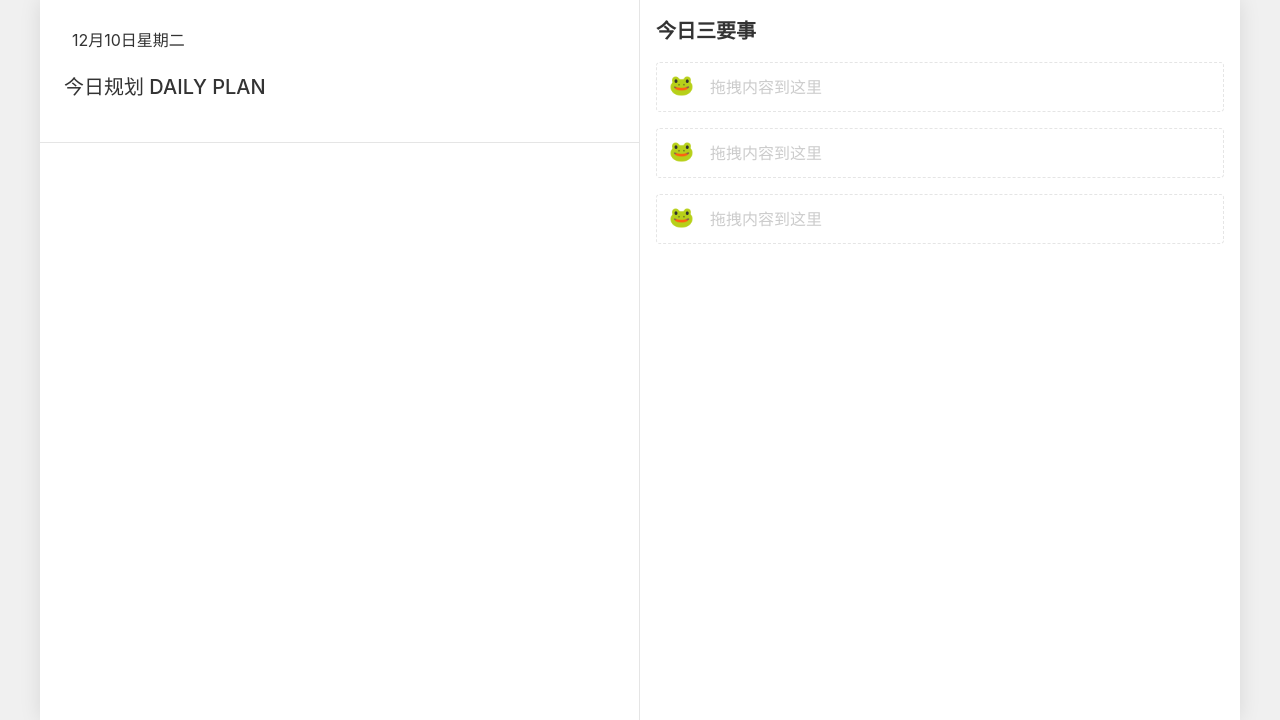
Repository: a6288a/Daily-Planner
Page: index.html
An editor plug-in stored every save of this project. The page is shown before and after the next save, followed by the edit.
The browser window is 1280 px wide. The pictures show the whole page.

Above is the page before, as saved 2024-12-10 16:14:04.
Console error: ReferenceError: handleDragEnd is not defined

### index.html
<!DOCTYPE html>
<html lang="zh">
<head>
    <meta charset="UTF-8">
    <meta name="viewport" content="width=device-width, initial-scale=1.0">
    <title>每日规划笔记本</title>
    <link rel="stylesheet" href="styles.css">
</head>
<body>
    <div class="container">
        <!-- 左侧时间轴区域 -->
        <div class="timeline-area">
            <!-- 顶部日期区域 -->
            <div class="date-header">
                <div class="current-date" id="current-date">
                    <!-- 日期将通过 JS 动态生成 -->
                </div>
                <h1 class="page-title">今日规划 DAILY PLAN</h1>
            </div>
            <div class="timeline-container" id="timeline-container">
                <!-- 时间轴将通过 JS 动态生成 -->
            </div>
        </div>

        <!-- 右侧区域 -->
        <div class="right-area">
            <!-- 三只青蛙区域 -->
            <div class="frogs-area">
                <h2 class="frogs-title">今日三要事</h2>
                <div class="frog-tasks">
                    <div class="frog-task" data-index="0">
                        <span class="frog-emoji">🐸</span>
                        <div class="task-content" data-placeholder="拖拽内容到这里"></div>
                    </div>
                    <div class="frog-task" data-index="1">
                        <span class="frog-emoji">🐸</span>
                        <div class="task-content" data-placeholder="拖拽内容到这里"></div>
                    </div>
                    <div class="frog-task" data-index="2">
                        <span class="frog-emoji">🐸</span>
                        <div class="task-content" data-placeholder="拖拽内容到这里"></div>
                    </div>
                </div>
            </div>

            <!-- 自由记录区域 -->
            <div class="free-area" id="free-area">
                <!-- 便签将通过 JS 动态生成 -->
            </div>
        </div>
    </div>
    <script src="script.js"></script>
</body>
</html>

### styles.css
:root {
    /* 纸张风格颜色变量 */
    --paper-color: #ffffff;
    --ink-color: #333333;
    --dot-color: #cccccc;
    --line-color: #e5e5e5;
    --accent-color: #4a90e2;

    /* 间距变量 */
    --spacing-unit: 8px;

    /* 字体变量 */
    --title-font: 'PingFang SC', -apple-system, BlinkMacSystemFont, 'Segoe UI', Roboto, sans-serif;
}

* {
    margin: 0;
    padding: 0;
    box-sizing: border-box;
}

body {
    font-family: var(--title-font);
    color: var(--ink-color);
    background-color: #f0f0f0;
    line-height: 1.5;
}

.container {
    display: grid;
    grid-template-columns: 1fr 1fr;
    min-height: 100vh;
    width: 100%;
    max-width: 1200px;
    margin: 0 auto;
    background: var(--paper-color);
    box-shadow: 0 0 20px rgba(0,0,0,0.1);
}

/* 日期头部样式 */
.date-header {
    padding: calc(var(--spacing-unit) * 3);
    border-bottom: 1px solid var(--line-color);
}

.page-title {
    font-size: 1.25rem;
    font-weight: 500;
    margin-bottom: calc(var(--spacing-unit) * 2);
    color: var(--ink-color);
}

.calendar {
    font-size: 0.75rem;
    color: var(--ink-color);
}

.month-grid {
    display: grid;
    grid-template-columns: repeat(12, 1fr);
    gap: 4px;
    margin-bottom: calc(var(--spacing-unit) * 2);
}

.weekday-row {
    display: grid;
    grid-template-columns: repeat(7, 1fr);
    gap: 4px;
}

/* 时间轴区域样式 */
.timeline-area {
    border-right: 1px solid var(--line-color);
    background: var(--paper-color);
    height: 100vh;
    overflow-y: auto;
}

.timeline-container {
    padding: calc(var(--spacing-unit) * 2);
}

.time-slot {
    position: relative;
    padding: calc(var(--spacing-unit) * 1.5) 0;
    margin-left: calc(var(--spacing-unit) * 6);
}

.time-label {
    position: absolute;
    left: calc(var(--spacing-unit) * -6);
    top: 50%;
    transform: translateY(-50%);
    font-size: 0.875rem;
    color: var(--ink-color);
    width: calc(var(--spacing-unit) * 4);
    text-align: right;
}

/* 点状引导线 */
.time-content {
    position: relative;
    margin-left: calc(var(--spacing-unit) * 3);
    min-height: calc(var(--spacing-unit) * 3);
    padding: 4px 0;
}

.time-content::before {
    content: '';
    position: absolute;
    left: calc(var(--spacing-unit) * -2);
    right: 0;
    top: 50%;
    border-top: 1px dotted var(--dot-color);
    z-index: 1;
}

/* 自由区域样式 */
.free-area {
    flex: 1;
    overflow: auto;
    padding: calc(var(--spacing-unit) * 2);
    position: relative;
}

.note {
    position: absolute;
    min-width: 200px;
    min-height: 120px;
    background: var(--paper-color);
    border-radius: 4px;
    padding: calc(var(--spacing-unit) * 2);
    box-shadow: 0 2px 4px rgba(0,0,0,0.1);
    cursor: move;
    transition: all 0.2s ease;
}

.note:hover {
    box-shadow: var(--shadow-2);
}

.editable {
    width: 100%;
    height: 100%;
    border: none;
    resize: none;
    font-family: inherit;
    font-size: 0.9375rem;
    color: var(--text-primary);
    background: transparent;
    padding: 0;
}

.editable:focus {
    outline: none;
}

/* 响应式设计 */
@media (max-width: 768px) {
    .container {
        grid-template-columns: 1fr; /* 在小屏幕上堆叠显示 */
    }

    .timeline-area,
    .right-area {
        height: 50vh; /* 上下各占一半 */
    }

    .time-label {
        font-size: 0.75rem;
        left: calc(var(--spacing-unit) * -6);
    }

    .note {
        min-width: 160px;
        min-height: 100px;
    }
}

/* 滚动条美化 */
::-webkit-scrollbar {
    width: 8px;
}

::-webkit-scrollbar-track {
    background: var(--background-color);
}

::-webkit-scrollbar-thumb {
    background: var(--primary-light);
    border-radius: 4px;
}

::-webkit-scrollbar-thumb:hover {
    background: var(--primary-color);
}

/* 修改右侧区域结构 */
.right-area {
    display: flex;
    flex-direction: column;
    height: 100vh;
    background: var(--background-color);
}

/* 三只��蛙区域样式 */
.frogs-area {
    background: var(--surface-color);
    padding: calc(var(--spacing-unit) * 2);
    box-shadow: var(--shadow-1);
    border-bottom: 1px solid var(--border-color);
}

.frogs-title {
    font-size: 1.25rem;
    color: var(--text-primary);
    margin-bottom: calc(var(--spacing-unit) * 2);
    display: flex;
    align-items: center;
    gap: var(--spacing-unit);
}

.frog-emoji {
    font-size: 1.25rem;
    line-height: 1;
}

.frog-tasks {
    display: grid;
    gap: calc(var(--spacing-unit) * 2);
    margin-bottom: var(--spacing-unit);
}

.frog-task {
    display: flex;
    align-items: flex-start;
    gap: calc(var(--spacing-unit) * 2);
    padding: calc(var(--spacing-unit) * 1.5);
    background: var(--paper-color);
    border: 1px dashed var(--line-color);
    border-radius: 4px;
    min-height: calc(var(--spacing-unit) * 6);
}

.frog-task:empty::before {
    content: attr(data-placeholder);
    color: var(--dot-color);
    position: absolute;
    pointer-events: none;
}

.frog-task:hover {
    border-color: var(--primary-color);
    box-shadow: var(--shadow-1);
}

.frog-task:focus {
    outline: none;
    border-color: var(--primary-color);
    box-shadow: var(--shadow-2);
}

/* 修改自由区域样式 */
.free-area {
    flex: 1;
    overflow: auto;
    padding: calc(var(--spacing-unit) * 2);
    position: relative;
}

/* 响应式设计更新 */
@media (max-width: 768px) {
    .container {
        grid-template-columns: 1fr;
    }

    .timeline-area,
    .right-area {
        height: 50vh;
    }

    .frogs-area {
        padding: var(--spacing-unit);
    }

    .frog-tasks {
        gap: var(--spacing-unit);
    }

    .frog-task {
        padding: var(--spacing-unit);
        min-height: calc(var(--spacing-unit) * 5);
    }
}

/* 修改日期头部样式 */
.current-date {
    font-size: 1rem;
    color: var(--ink-color);
    margin-bottom: calc(var(--spacing-unit) * 2);
    cursor: pointer;
    display: inline-block;
    padding: 4px 8px;
    border-radius: 4px;
    transition: background-color 0.2s;
}

.current-date:hover {
    background-color: var(--line-color);
}

/* 修改便签样式 */
.note {
    position: absolute;
    min-width: 200px;
    min-height: 120px;
    background: var(--paper-color);
    border-radius: 4px;
    padding: calc(var(--spacing-unit) * 2);
    box-shadow: 0 2px 4px rgba(0,0,0,0.1);
    cursor: move;
    transition: all 0.2s ease;
}

.note-header {
    display: flex;
    justify-content: flex-end;
    margin-bottom: var(--spacing-unit);
}

.delete-note {
    background: none;
    border: none;
    color: var(--ink-color);
    cursor: pointer;
    padding: 4px;
    opacity: 0.6;
    transition: opacity 0.2s;
}

.delete-note:hover {
    opacity: 1;
}

/* 修改青蛙任务样式 */
.frog-task {
    display: flex;
    align-items: flex-start;
    gap: calc(var(--spacing-unit) * 2);
    padding: calc(var(--spacing-unit) * 1.5);
    background: var(--paper-color);
    border: 1px dashed var(--line-color);
    border-radius: 4px;
    min-height: calc(var(--spacing-unit) * 6);
}

.frog-emoji {
    font-size: 1.25rem;
    line-height: 1;
}

.task-content {
    flex: 1;
    min-height: 24px;
    position: relative;
}

.task-content:empty::before {
    content: attr(data-placeholder);
    color: var(--dot-color);
    position: absolute;
    pointer-events: none;
}

/* 拖拽相关样式 */
.dragging {
    opacity: 0.5;
}

.drag-over {
    border-color: var(--accent-color);
    background-color: rgba(74, 144, 226, 0.1);
}

### script.js
// 添加日期相关变量
let currentDate = new Date();
let currentDateKey = formatDateKey(currentDate);

// 修改数据结构
let dailyData = JSON.parse(localStorage.getItem('dailyData')) || {};
if (!dailyData[currentDateKey]) {
    dailyData[currentDateKey] = {
        timelineData: {},
        freeNotes: [],
        frogTasks: ['', '', '']
    };
}

// 初始化页面
document.addEventListener('DOMContentLoaded', () => {
    initializeDate();
    initializeTimeline();
    initializeFrogTasks();
    initializeFreeArea();
    loadDailyData();
});

// 初始化时间轴
function initializeTimeline() {
    const container = document.getElementById('timeline-container');

    // 生成6:00-24:00的时间槽
    for (let hour = 6; hour <= 24; hour++) {
        const timeSlot = document.createElement('div');
        timeSlot.className = 'time-slot';

        const timeLabel = document.createElement('div');
        timeLabel.className = 'time-label';
        timeLabel.textContent = `${hour}:00`;

        const timeContent = document.createElement('div');
        timeContent.className = 'time-content';
        timeContent.contentEditable = true;
        timeContent.dataset.hour = hour;

        // 加载保存的数据
        if (dailyData[currentDateKey].timelineData[hour]) {
            timeContent.textContent = dailyData[currentDateKey].timelineData[hour];
        }

        // 保存输入的内容
        timeContent.addEventListener('blur', (e) => {
            const hour = e.target.dataset.hour;
            dailyData[currentDateKey].timelineData[hour] = e.target.textContent;
            saveToLocalStorage();
        });

        // 添加拖拽功能
        timeContent.draggable = true;
        timeContent.addEventListener('dragstart', handleDragStart);
        timeContent.addEventListener('dragover', handleDragOver);
        timeContent.addEventListener('drop', handleDrop);
        timeContent.addEventListener('dragend', handleDragEnd);

        timeSlot.appendChild(timeLabel);
        timeSlot.appendChild(timeContent);
        container.appendChild(timeSlot);
    }
}

// 初始化自由区域
function initializeFreeArea() {
    const freeArea = document.getElementById('free-area');

    // 点击空白处添加新便签
    freeArea.addEventListener('dblclick', (e) => {
        if (e.target === freeArea) {
            createNote(e.clientX, e.clientY);
        }
    });
}

// 创建新便签
function createNote(x, y, content = '') {
    const note = document.createElement('div');
    note.className = 'note';

    const header = document.createElement('div');
    header.className = 'note-header';

    const deleteBtn = document.createElement('button');
    deleteBtn.className = 'delete-note';
    deleteBtn.innerHTML = '✕';
    deleteBtn.addEventListener('click', () => {
        note.remove();
        const noteIndex = dailyData[currentDateKey].freeNotes.findIndex(n => n.id === note.dataset.id);
        if (noteIndex > -1) {
            dailyData[currentDateKey].freeNotes.splice(noteIndex, 1);
            saveToLocalStorage();
        }
    });

    const contentDiv = document.createElement('div');
    contentDiv.className = 'note-content';
    contentDiv.contentEditable = true;
    contentDiv.textContent = content;

    // 保存便签内容
    contentDiv.addEventListener('blur', () => {
        const noteData = {
            id: note.dataset.id,
            content: contentDiv.textContent,
            position: {
                x: note.offsetLeft,
                y: note.offsetTop
            }
        };

        // 更新或添加便签数据
        const existingNoteIndex = dailyData[currentDateKey].freeNotes.findIndex(n => n.id === note.dataset.id);
        if (existingNoteIndex > -1) {
            dailyData[currentDateKey].freeNotes[existingNoteIndex] = noteData;
        } else {
            dailyData[currentDateKey].freeNotes.push(noteData);
        }
        saveToLocalStorage();
    });

    header.appendChild(deleteBtn);
    note.appendChild(header);
    note.appendChild(contentDiv);

    note.style.left = `${x}px`;
    note.style.top = `${y}px`;
    note.dataset.id = Date.now().toString();

    document.getElementById('free-area').appendChild(note);
    makeDraggable(note);
    makeNoteDraggableToFrogs(note);

    contentDiv.focus();
}

// 使元素可拖动
function makeDraggable(element) {
    let pos1 = 0, pos2 = 0, pos3 = 0, pos4 = 0;

    element.onmousedown = dragMouseDown;

    function dragMouseDown(e) {
        e.preventDefault();
        pos3 = e.clientX;
        pos4 = e.clientY;
        document.onmouseup = closeDragElement;
        document.onmousemove = elementDrag;
    }

    function elementDrag(e) {
        e.preventDefault();
        pos1 = pos3 - e.clientX;
        pos2 = pos4 - e.clientY;
        pos3 = e.clientX;
        pos4 = e.clientY;

        element.style.top = (element.offsetTop - pos2) + "px";
        element.style.left = (element.offsetLeft - pos1) + "px";
    }

    function closeDragElement() {
        document.onmouseup = null;
        document.onmousemove = null;
    }
}

// 处理时间轴拖拽
function handleDragStart(e) {
    e.dataTransfer.setData('text/plain', e.target.textContent);
    e.target.classList.add('dragging');
}

function handleDragOver(e) {
    e.preventDefault();
}

function handleDrop(e) {
    e.preventDefault();
    const sourceHour = e.dataTransfer.getData('text/plain');
    const targetHour = e.target.dataset.hour;

    // 交换内容
    const temp = dailyData[currentDateKey].timelineData[sourceHour];
    dailyData[currentDateKey].timelineData[sourceHour] = dailyData[currentDateKey].timelineData[targetHour];
    dailyData[currentDateKey].timelineData[targetHour] = temp;

    // 更新显示
    loadDailyData();
}

// 初始化三只青蛙任务
function initializeFrogTasks() {
    const frogTasks = document.querySelectorAll('.frog-task');

    frogTasks.forEach(task => {
        task.addEventListener('dragover', (e) => {
            e.preventDefault();
            task.classList.add('drag-over');
        });

        task.addEventListener('dragleave', () => {
            task.classList.remove('drag-over');
        });

        task.addEventListener('drop', (e) => {
            e.preventDefault();
            task.classList.remove('drag-over');
            const content = e.dataTransfer.getData('text/plain');
            const index = parseInt(task.dataset.index);
            dailyData[currentDateKey].frogTasks[index] = content;
            task.querySelector('.task-content').textContent = content;
            saveToLocalStorage();
        });
    });
}

// 格式化日期
function formatDate(date) {
    const options = { month: 'long', day: 'numeric', weekday: 'long' };
    return date.toLocaleDateString('zh-CN', options);
}

function formatDateKey(date) {
    return date.toISOString().split('T')[0];
}

// 加载当日数据
function loadDailyData() {
    // 清空现有内容
    document.getElementById('timeline-container').innerHTML = '';
    document.getElementById('free-area').innerHTML = '';

    // 加载时间轴数据
    initializeTimeline();

    // 加载便签
    dailyData[currentDateKey].freeNotes.forEach(note => {
        createNote(note.position.x, note.position.y, note.content);
    });

    // 加载青蛙任务
    const taskContents = document.querySelectorAll('.task-content');
    dailyData[currentDateKey].frogTasks.forEach((content, index) => {
        if (content) {
            taskContents[index].textContent = content;
        }
    });
}

// 修改保存函数
function saveToLocalStorage() {
    localStorage.setItem('dailyData', JSON.stringify(dailyData));
}

// 初始化日期显示
function initializeDate() {
    const dateElement = document.getElementById('current-date');
    dateElement.textContent = formatDate(currentDate);
    dateElement.addEventListener('click', () => {
        const input = document.createElement('input');
        input.type = 'date';
        input.style.display = 'none';
        document.body.appendChild(input);

        input.addEventListener('change', (e) => {
            currentDate = new Date(e.target.value);
            currentDateKey = formatDateKey(currentDate);
            if (!dailyData[currentDateKey]) {
                dailyData[currentDateKey] = {
                    timelineData: {},
                    freeNotes: [],
                    frogTasks: ['', '', '']
                };
            }
            loadDailyData();
            dateElement.textContent = formatDate(currentDate);
        });

        input.click();
        input.remove();
    });
}

// 使便签可拖拽到青蛙区域
function makeNoteDraggableToFrogs(note) {
    note.setAttribute('draggable', true);
    note.addEventListener('dragstart', (e) => {
        e.dataTransfer.setData('text/plain', note.querySelector('.note-content').textContent);
        note.classList.add('dragging');
    });

    note.addEventListener('dragend', () => {
        note.classList.remove('dragging');
    });
}

After the next save:
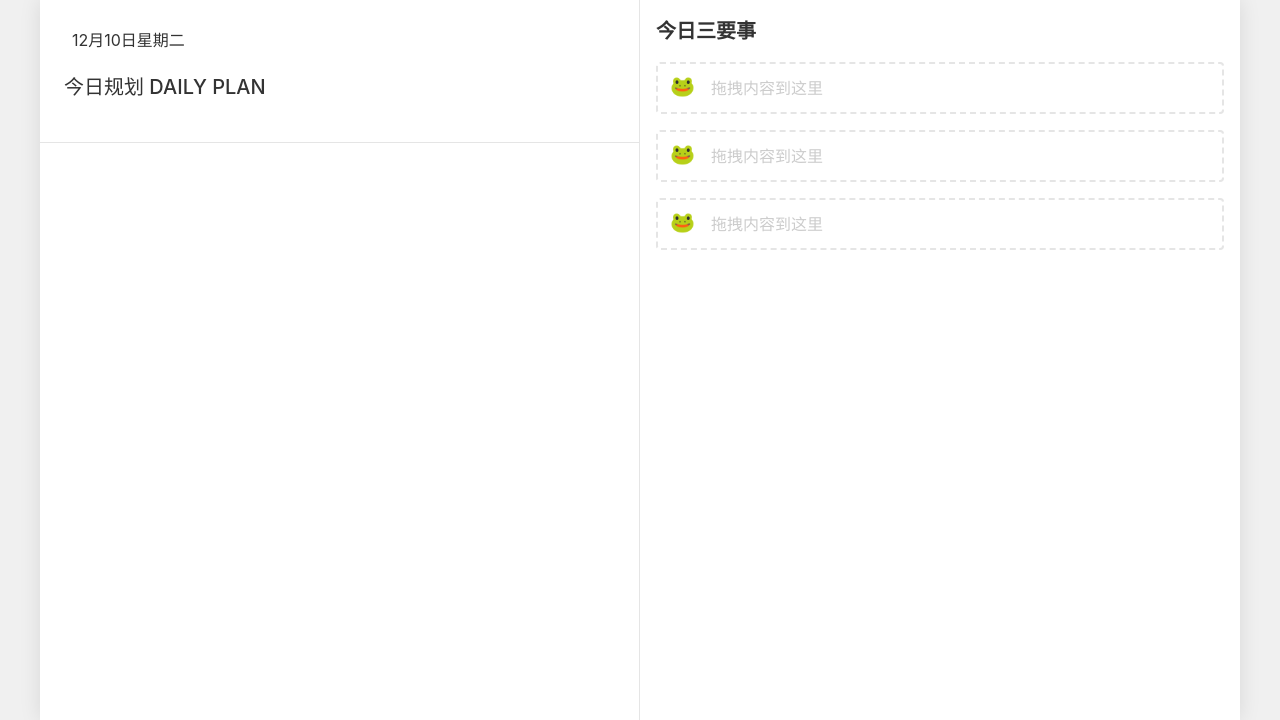
Saved 3 s later.
--- a/styles.css
+++ b/styles.css
@@ -133,10 +133,11 @@ body {
     box-shadow: 0 2px 4px rgba(0,0,0,0.1);
     cursor: move;
     transition: all 0.2s ease;
+    user-select: none;
 }
 
 .note:hover {
-    box-shadow: var(--shadow-2);
+    box-shadow: 0 4px 8px rgba(0,0,0,0.15);
 }
 
 .editable {
@@ -203,7 +204,7 @@ body {
     background: var(--background-color);
 }
 
-/* 三只��蛙区域样式 */
+/* 三只蛙区域样式 */
 .frogs-area {
     background: var(--surface-color);
     padding: calc(var(--spacing-unit) * 2);
@@ -237,9 +238,10 @@ body {
     gap: calc(var(--spacing-unit) * 2);
     padding: calc(var(--spacing-unit) * 1.5);
     background: var(--paper-color);
-    border: 1px dashed var(--line-color);
+    border: 2px dashed var(--line-color);
     border-radius: 4px;
     min-height: calc(var(--spacing-unit) * 6);
+    transition: all 0.2s ease;
 }
 
 .frog-task:empty::before {
@@ -320,6 +322,7 @@ body {
     box-shadow: 0 2px 4px rgba(0,0,0,0.1);
     cursor: move;
     transition: all 0.2s ease;
+    user-select: none;
 }
 
 .note-header {
@@ -349,9 +352,10 @@ body {
     gap: calc(var(--spacing-unit) * 2);
     padding: calc(var(--spacing-unit) * 1.5);
     background: var(--paper-color);
-    border: 1px dashed var(--line-color);
+    border: 2px dashed var(--line-color);
     border-radius: 4px;
     min-height: calc(var(--spacing-unit) * 6);
+    transition: all 0.2s ease;
 }
 
 .frog-emoji {
@@ -363,6 +367,7 @@ body {
     flex: 1;
     min-height: 24px;
     position: relative;
+    pointer-events: none;
 }
 
 .task-content:empty::before {
@@ -375,9 +380,11 @@ body {
 /* 拖拽相关样式 */
 .dragging {
     opacity: 0.5;
+    cursor: grabbing;
 }
 
 .drag-over {
     border-color: var(--accent-color);
     background-color: rgba(74, 144, 226, 0.1);
-}
+    transform: scale(1.02);
+}
